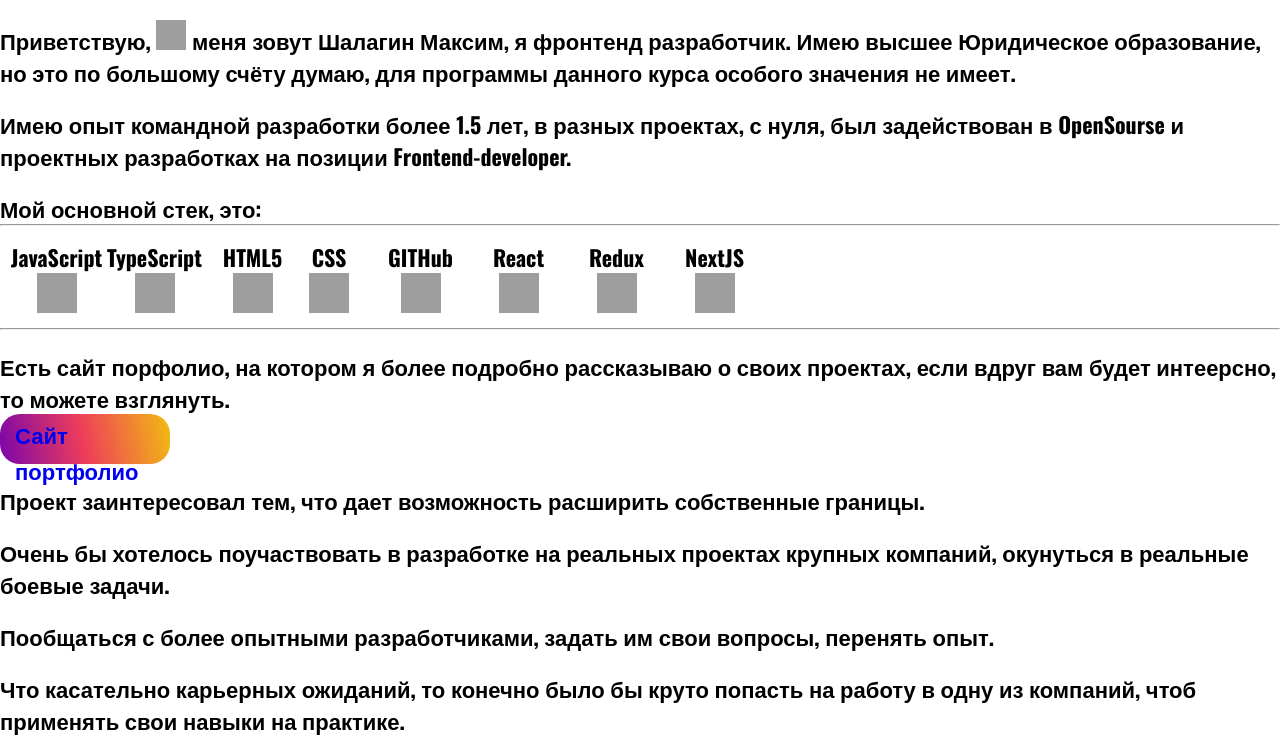
Repository: ni4egonepridumal/letter
Page: index.html
These files come from the project's save history. The page is drawn as it stood at one moment and after the next save; the edit follows.
The browser window is 1280 px wide. The pictures show the whole page.
Pictures or frames that could not be fetched are drawn as grey boxes.

Above is the page before, as saved 2024-01-18 17:48:37.

### index.html
<!DOCTYPE html>
<html lang="en">
  <head>
    <meta charset="UTF-8" />
    <meta name="viewport" content="width=device-width, initial-scale=1.0" />
    <link rel="stylesheet" href="style.css" />
    <link rel="preconnect" href="https://fonts.googleapis.com" />
    <link rel="preconnect" href="https://fonts.gstatic.com" crossorigin />
    <link
      href="https://fonts.googleapis.com/css2?family=Oswald:wght@200..700&display=swap"
      rel="stylesheet"
    />
    <title>Document</title>
  </head>
  <body>
    <div class="container">
      <p>
        Приветствую,
        <span>
          <img
            src="https://upload.wikimedia.org/wikipedia/commons/thumb/1/17/Noto_Emoji_Pie_1f44b_1f3fb.svg/1024px-Noto_Emoji_Pie_1f44b_1f3fb.svg.png"
            width="30"
            height="30"
            alt="smile"
          /> </span
        >меня зовут Шалагин Максим, я фронтенд разработчик. Имею высшее
        Юридическое образование, но это по большому счёту думаю, для программы
        данного курса особого значения не имеет.
      </p>
      <p>
        Имею опыт командной разработки более 1.5 лет, в разных проектах, с нуля,
        был задействован в OpenSourse и проектных разработках на позиции
        Frontend-developer.
      </p>
      <p>Мой основной стек, это:</p>
      <hr />

      <div class="myScills">
        <div class="img">
          <label>JavaScript</label
          ><img
            src="https://raw.githubusercontent.com/devicons/devicon/master/icons/javascript/javascript-original.svg"
            alt="javascript"
            width="40"
            height="40"
          />
        </div>
        <div class="img">
          <label>TypeScript</label
          ><img
            src="https://raw.githubusercontent.com/devicons/devicon/master/icons/typescript/typescript-original.svg"
            alt="typescript"
            width="40"
            height="40"
          />
        </div>
        <div class="img">
          <label>HTML5</label
          ><img
            src="https://raw.githubusercontent.com/devicons/devicon/master/icons/html5/html5-original-wordmark.svg"
            alt="html5"
            width="40"
            height="40"
          />
        </div>
        <div class="img_css">
          <label>CSS</label
          ><img
            src="https://raw.githubusercontent.com/devicons/devicon/master/icons/css3/css3-original-wordmark.svg"
            alt="css3"
            width="40"
            height="40"
          />
        </div>
        <div class="img">
          <label>GITHub</label
          ><img
            src="https://raw.githubusercontent.com/devicons/devicon/master/icons/github/github-original.svg"
            alt="git"
            width="40"
            height="40"
          />
        </div>
        <div class="img">
          <label>React</label
          ><img
            src="https://raw.githubusercontent.com/devicons/devicon/master/icons/react/react-original-wordmark.svg"
            alt="react"
            width="40"
            height="40"
          />
        </div>
        <div class="img">
          <label>Redux</label
          ><img
            src="https://raw.githubusercontent.com/devicons/devicon/master/icons/redux/redux-original.svg"
            alt="redux"
            width="40"
            height="40"
          />
        </div>
        <div class="img">
          <label>NextJS</label
          ><img
            src="https://cdn.worldvectorlogo.com/logos/nextjs-2.svg"
            alt="nextjs"
            width="40"
            height="40"
          />
        </div>
      </div>
      <hr />

      <p>
        Есть сайт порфолио, на котором я более подробно рассказываю о своих
        проектах, если вдруг вам будет интеерсно, то можете взглянуть.
      </p>
      <div class="inner_href">
        <a class="href" href="https://portfolio-three-taupe-20.vercel.app/"
          >Сайт портфолио</a
        >
      </div>
      <p>
        Проект заинтересовал тем, что дает возможность расширить собственные
        границы.
      </p>
      <p>
        Очень бы хотелось поучаствовать в разработке на реальных проектах
        крупных компаний, окунуться в реальные боевые задачи.
      </p>
      <p>
        Пообщаться с более опытными разработчиками, задать им свои вопросы,
        перенять опыт.
      </p>
      <p>
        Что касательно карьерных ожиданий, то конечно было бы круто попасть на
        работу в одну из компаний, чтоб применять свои навыки на практике.
      </p>
    </div>
  </body>
</html>

### style.css
* {
  margin: 0;
  padding: 0;
  box-sizing: border-box;
}

body {
  font-size: 22px;
  font-weight: 700;
  font-family: "Oswald", sans-serif;
}
p {
  margin-top: 20px;
}
.container {
  max-width: 1600px;
  margin: 0 auto;
}
.myScills {
  display: flex;
  flex-wrap: wrap;
  margin: 15px 0;
}
.img {
  width: 83px;
  display: flex;
  justify-content: center;
  flex-wrap: wrap;
  margin-left: 15px;
}
.img_css {
  width: 70px;
  display: flex;
  justify-content: center;
  flex-wrap: wrap;
}
.inner_href {
  width: 170px;
  height: 50px;
  padding: 0 15px;
  border-radius: 20px;
  background: linear-gradient(
    78.55deg,
    #7a05ab 0%,
    #ee3d5a 48.44%,
    #f2bc12 100%
  );
}
.href {
  text-decoration: none;
  vertical-align: middle;
}

After the next save:
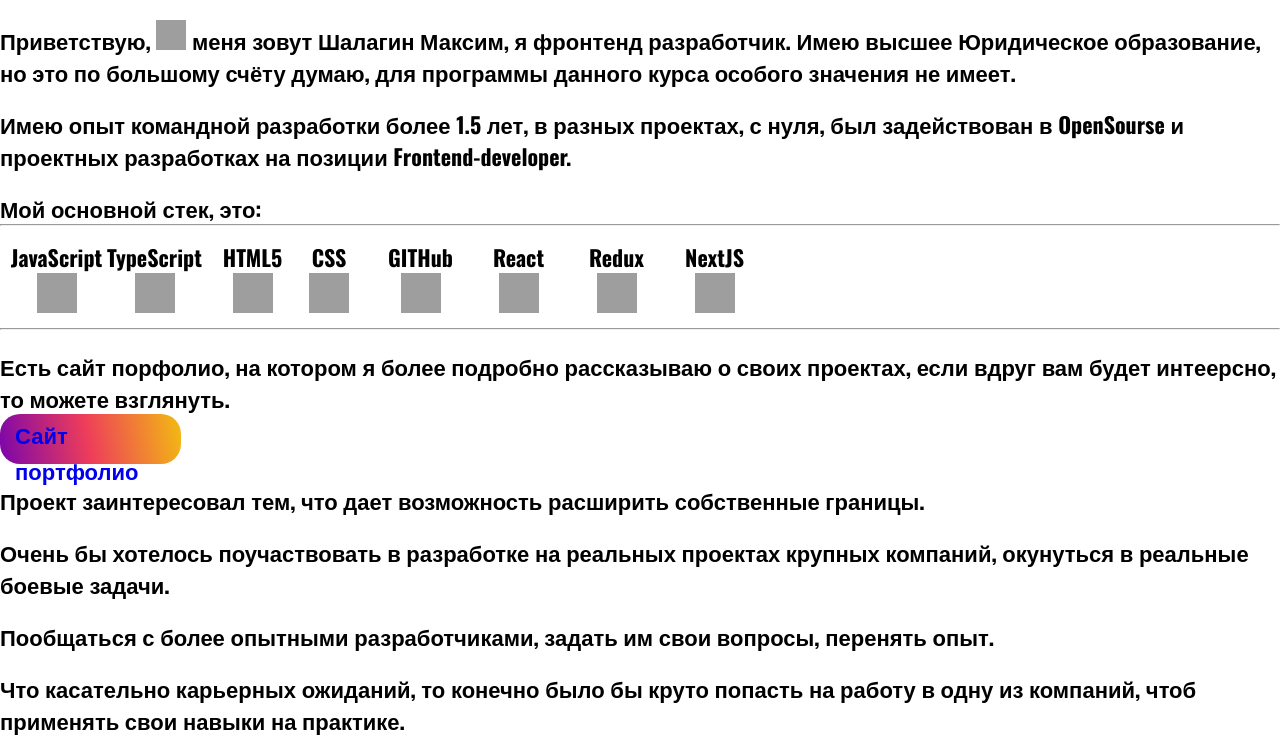
Saved 37 s later.
--- a/style.css
+++ b/style.css
@@ -35,7 +35,7 @@ p {
   flex-wrap: wrap;
 }
 .inner_href {
-  width: 170px;
+  width: 181px;
   height: 50px;
   padding: 0 15px;
   border-radius: 20px;
